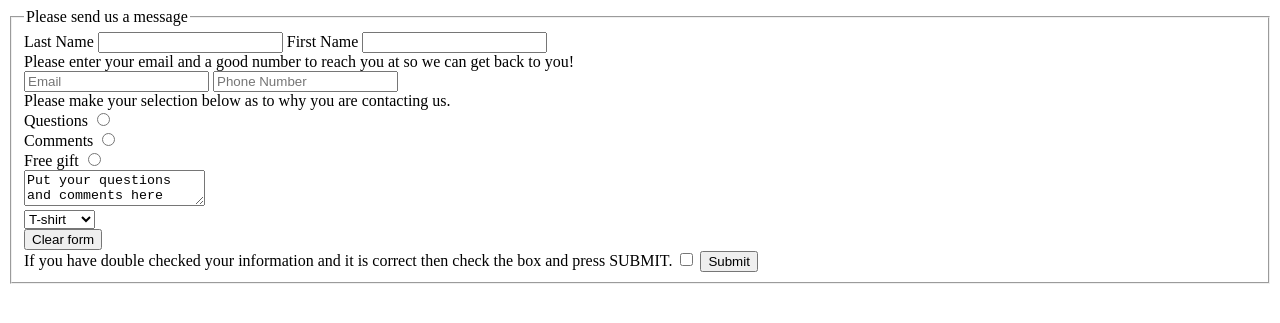
Repository: nsisk1/web-page-project
Page: contact-us.html
These files come from the project's save history. The page is drawn as it stood at one moment and after the next save; the edit follows.
The browser window is 1280 px wide. The pictures show the whole page.

Above is the page before, as saved 2024-07-14 10:22:50.

### contact-us.html
<!DOCTYPE html>
<html lang="En">
    <head>
        <title>Contact Us</title>
    </head>
    <body>
        <fieldset>
            <legend>Please send us a message</legend>
            <form id="myMailerForm" action="mailto:nsisk1@student.dallascollege.edu" method="post">
                <label>
                    Last Name
                    <input type="text" name="lastname" required>
                </label>
                <label>
                    First Name
                    <input type="text" name="firstname" required>
                </label>
                <br>
                Please enter your email and a good number to reach you at so we can get back to you!
                <br>
                <input type="text" name="email" placeholder="Email" required>
                <input type="text" name="phone" placeholder="Phone Number" required>
                <br>
                Please make your selection below as to why you are contacting us.
                <br>
                Questions
                <input type="radio" name="reason" value="question">
                <br>
                Comments
                <input type="radio" name="reason" value="comments">
                <br>
                Free gift
                <input type="radio" name="reason" value="order">
                <br>
                <textarea name="textbox">Put your questions and comments here</textarea>
                <br>
                <select name="gift">
                    <option>T-shirt</option>
                    <option>Pictures</option>
                    <

                </select>
                <br>
                <input type="reset" value="Clear form">
                <br>
                If you have double checked your information and it is correct then check the box and press SUBMIT.
                <input type="checkbox" name="info" required>
                <input type="submit" value="Submit">
            </form>
        </body>
    </html>

After the next save:
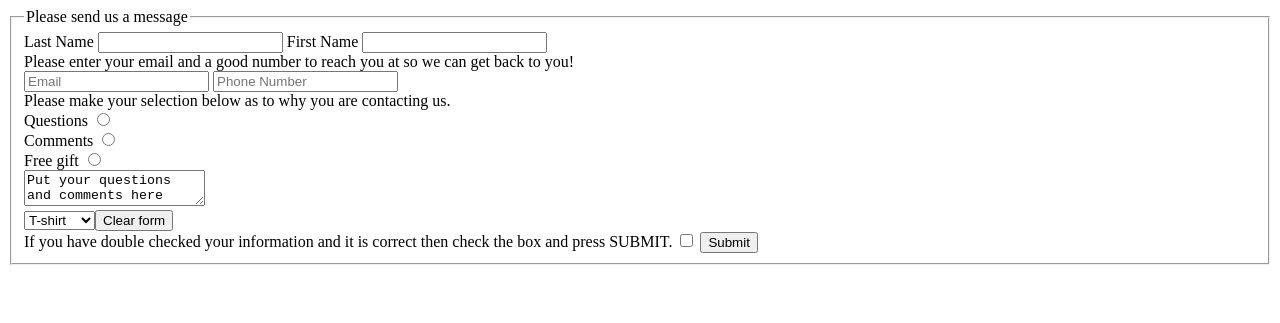
Saved 5 s later.
--- a/contact-us.html
+++ b/contact-us.html
@@ -37,7 +37,7 @@
                 <select name="gift">
                     <option>T-shirt</option>
                     <option>Pictures</option>
-                    <
+                    <option
 
                 </select>
                 <br>

After the save that followed:
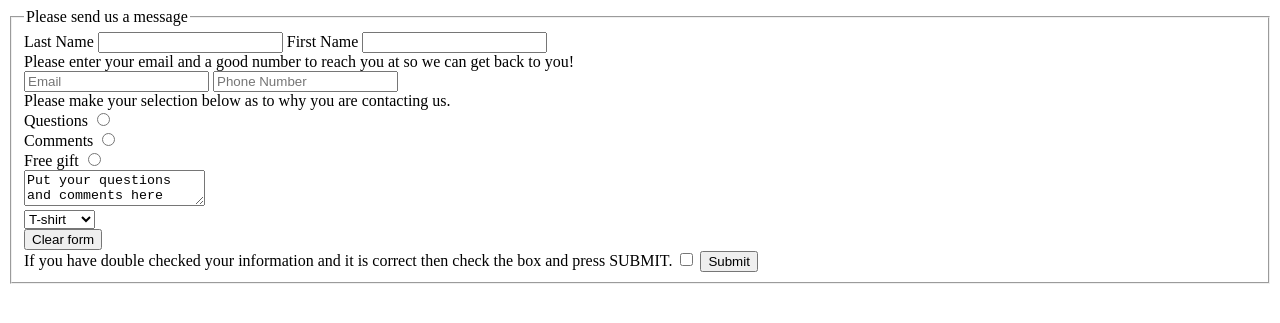
Saved 5 s later.
--- a/contact-us.html
+++ b/contact-us.html
@@ -37,7 +37,7 @@
                 <select name="gift">
                     <option>T-shirt</option>
                     <option>Pictures</option>
-                    <option
+                    <option></option>
 
                 </select>
                 <br>
